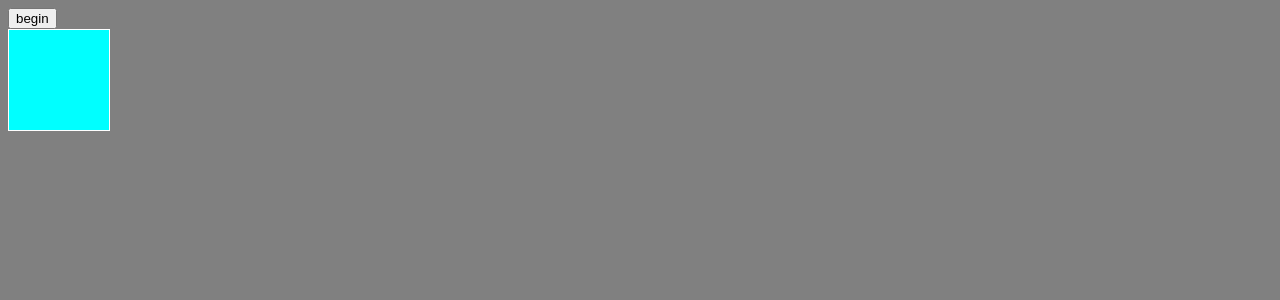
Repository: albinsabu2023/Stopwatch-program
Page: index.html
An editor plug-in stored every save of this project. The page is shown before and after the next save, followed by the edit.
The browser window is 1280 px wide. The pictures show the whole page.
After loading, the first visible `#button` was clicked once.

Above is the page before, as saved 2023-03-03 19:50:49.

### index.html
<!DOCTYPE html>

<head>
    <meta charset="UTF-8">
    <meta http-equiv="X-UA-Compatible" content="IE=edge">
    <meta name="viewport" content="width=device-width, initial-scale=1.0">
    <link rel="stylesheet" href="style.css">
    <title>Document</title>
</head>
    <button id="button">begin</button>
   <div id="div"></div>

    <script src="index.js"></script>
</body>
</html>

### style.css
body{
color:white;
background-color: gray;
}
#div{
    background-color: aqua;
    height: 100px;
    width: 100px;
    position: relative;
    border: 1px solid;

}

### index.js
//event handlers addEventlistner
//---------------------------
// const innerdiv = document.getElementById("innerdiv");
// const outerdiv = document.getElementById("outerdiv");
// innerdiv.addEventListener("click", changeRed);

// outerdiv.addEventListener("click", changeRed);

// function changeRed() {
//   alert(`you selected ${this.id}`);
//   this.style.backgroundColor = "red";
// }

//toggle the image using a button
//----------------------------
// let img = document.querySelector("#image");
// let bt = document.querySelector("#button");
// bt.addEventListener("click", () => {
//   if (img.style.display == "none") {
//     img.style.display = "block";
//   } else {
//     img.style.display = "none";
//   }
// });
///or

// let img = document.querySelector("#image");
// let bt = document.querySelector("#button");
// bt.addEventListener("click", () => {
//   if (img.style.visibility == "hidden") {
//     img.style.visibility = "visible";
//   } else {
//     img.style.visibility = "hidden";
//   }
// });

//KEY  LISTNER to move a div

// let x = 0;
// let y = 0;
// const div = document.getElementById("div");
// window.addEventListener("keydown", changePos);
// function changePos(event) {
//   switch (event.key) {
//     case "ArrowDown":
//       y += 5;
//       div.style.top = y + "px";
//       break;
//     case "ArrowUp":
//       y -= 5;
//       div.style.top = y + "px";
//       break;
//     case "ArrowRight":
//       x += 5;
//       div.style.left = x + "px";
//       break;
//     case "ArrowLeft":
//       x -= 5;
//       div.style.left = x + "px";
//       break;
//     default:
//       break;
//   }
// }

//DIAGONEL ANIMATION
//----------------------
// const btn = document.getElementById("button");
// const div = document.getElementById("div");
// btn.addEventListener("click", begin);
// function begin() {
//   let x = 0;
//   let y = 0;
//   let timer = null;
//   timer = setInterval(frame, 5);
//   function frame() {
//     if (x >= 200 || y > 200) {
//       clearInterval(timer);
//     } else {
//       x += 1;
//       y += 1;
//       div.style.left = x + "px";
//       div.style.top = y + "px";
//     }
//   }
// }

const btn = document.getElementById("button");
const div = document.getElementById("div");

btn.addEventListener("click", move);
function move() {
  let degrees = 0;
  let timer = null;
  timer = setInterval(frame, 0.3);
  function frame() {
    if (degrees >= 360) {
      clearInterval(timer);
    } else {
      degrees += 1;
      div.style.transform = "rotateZ(" + degrees + "deg)";
    }
  }
}

After the next save:
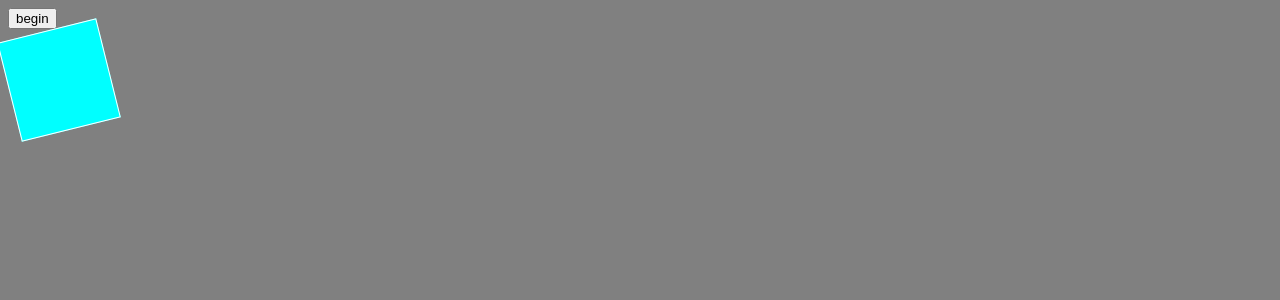
Saved 6 s later.
--- a/index.js
+++ b/index.js
@@ -92,7 +92,7 @@
 function move() {
   let degrees = 0;
   let timer = null;
-  timer = setInterval(frame, 0.3);
+  timer = setInterval(frame, 9);
   function frame() {
     if (degrees >= 360) {
       clearInterval(timer);

After the save that followed:
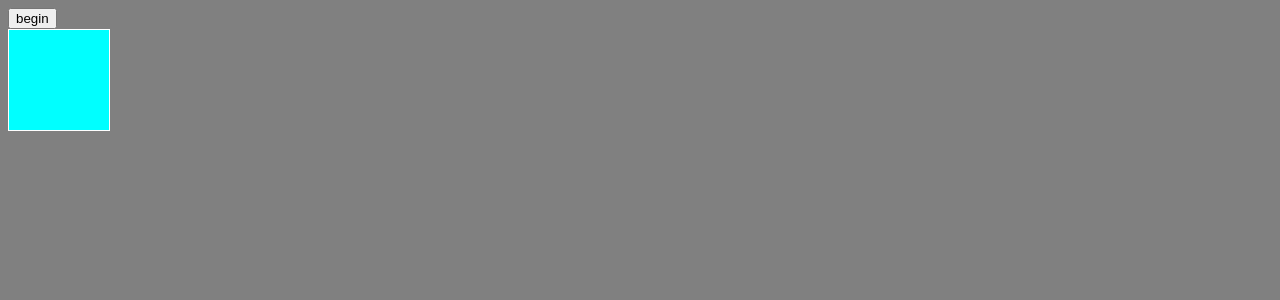
Saved 5 s later.
--- a/index.js
+++ b/index.js
@@ -92,7 +92,7 @@
 function move() {
   let degrees = 0;
   let timer = null;
-  timer = setInterval(frame, 9);
+  timer = setInterval(frame, 2);
   function frame() {
     if (degrees >= 360) {
       clearInterval(timer);
